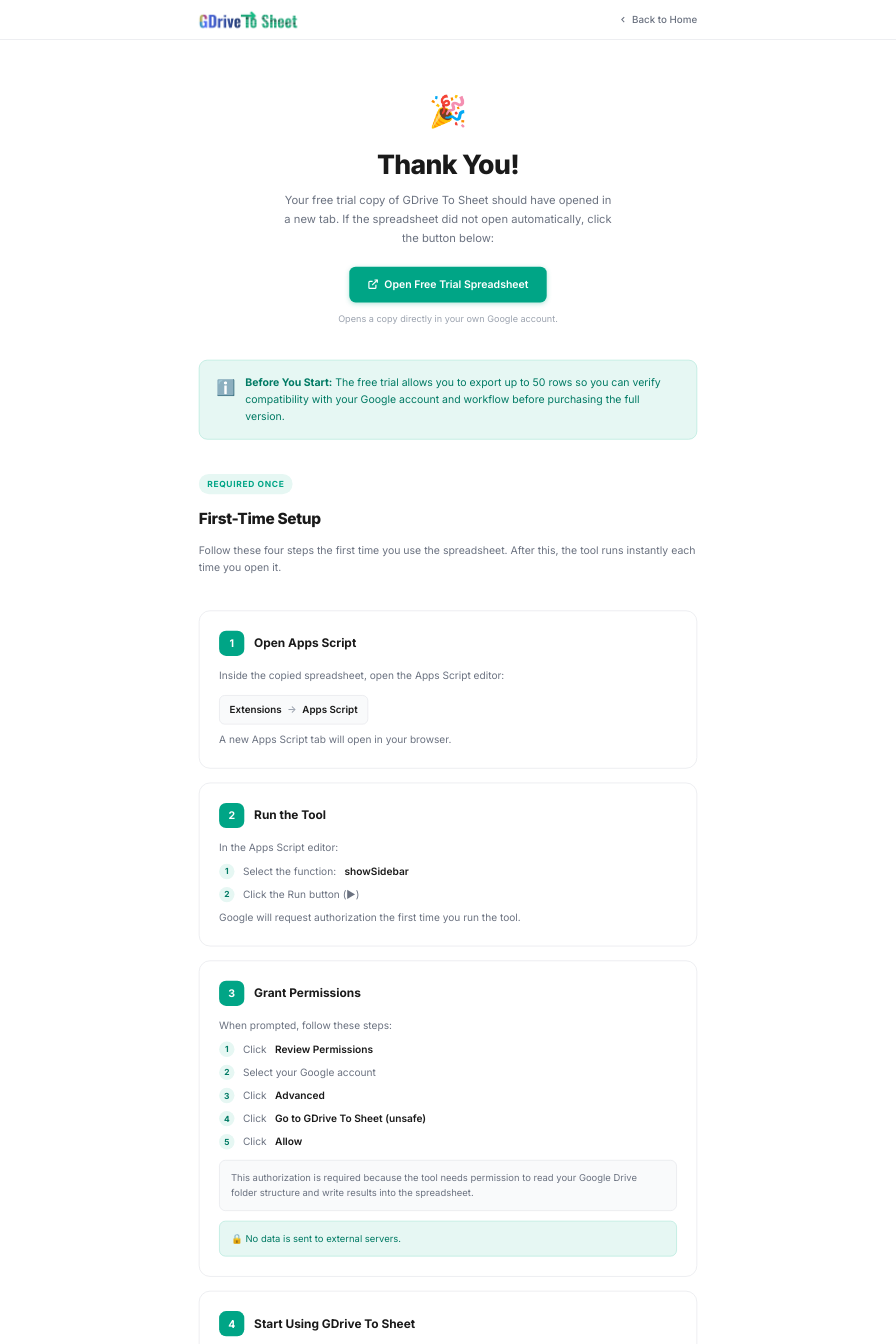
Repository: toishitool/gdrive-to-sheet
Page: free-thanks.html
These files come from the project's save history. The page is drawn as it stood at one moment and after the next save; the edit follows.
The browser window is 1280 px wide. The pictures show the part of the page from y = 0 to 1920 px (the page is 3528 px tall before and 3488 px after), at 70% of full size.

Above is the page before, as saved 2026-06-22 13:45:34.

### free-thanks.html
<!DOCTYPE html>
<html lang="en" class="scroll-smooth">
<head>
  <meta charset="UTF-8" />
  <meta name="viewport" content="width=device-width, initial-scale=1.0" />
  <title>Thank You for Downloading – GDrive To Sheet</title>
  <meta name="description" content="Your free trial copy of GDrive To Sheet is ready. Follow the setup steps to get started." />
  <meta name="robots" content="noindex" />

  <link rel="preconnect" href="https://fonts.googleapis.com" />
  <link rel="preconnect" href="https://fonts.gstatic.com" crossorigin />
  <link href="https://fonts.googleapis.com/css2?family=Inter:wght@300;400;500;600;700;800&display=swap" rel="stylesheet" />

  <style>
    *, *::before, *::after { box-sizing: border-box; margin: 0; padding: 0; }

    :root {
      --green: #00A586;
      --green-dark: #007A64;
      --green-light: #E6F7F3;
      --green-mid: #B3E8DC;
      --text: #1A1A1A;
      --text-muted: #6B7280;
      --text-light: #9CA3AF;
      --border: #E5E7EB;
      --bg: #FFFFFF;
      --bg-subtle: #F9FAFB;
      --bg-dark: #0F1A18;
      --amber: #92400E;
      --amber-bg: #FFFBEB;
      --amber-border: #FDE68A;
      --red: #DC2626;
      --red-bg: #FEF2F2;
      --red-border: #FECACA;
      --radius: 10px;
      --radius-lg: 16px;
    }

    html { font-size: 16px; }
    body {
      font-family: 'Inter', system-ui, -apple-system, sans-serif;
      background: var(--bg);
      color: var(--text);
      line-height: 1.7;
      -webkit-font-smoothing: antialiased;
    }

    /* Simple header (page-specific placeholder — will be unified later) */
    .simple-header {
      position: sticky; top: 0; z-index: 100;
      background: rgba(255,255,255,0.92);
      backdrop-filter: blur(12px);
      border-bottom: 1px solid var(--border);
    }
    .simple-header-inner {
      max-width: 760px; margin: 0 auto;
      display: flex; align-items: center; justify-content: space-between;
      padding: 14px 24px;
    }
    .nav-logo { display: flex; align-items: center; gap: 10px; text-decoration: none; }
    .nav-logo img { height: 28px; }
    .nav-back {
      font-size: 14px; font-weight: 500; color: var(--text-muted);
      text-decoration: none; display: flex; align-items: center; gap: 6px;
      transition: color .2s;
    }
    .nav-back:hover { color: var(--green); }

    .container { max-width: 760px; margin: 0 auto; padding: 0 24px; }

    /* Buttons */
    .btn {
      display: inline-flex; align-items: center; gap: 8px;
      padding: 13px 26px; border-radius: 9px;
      font-size: 15px; font-weight: 600;
      text-decoration: none; cursor: pointer; border: none;
      transition: all .2s; white-space: nowrap;
    }
    .btn-primary {
      background: var(--green); color: #fff;
      box-shadow: 0 2px 8px rgba(0,165,134,0.30);
    }
    .btn-primary:hover { background: var(--green-dark); box-shadow: 0 4px 16px rgba(0,165,134,0.40); transform: translateY(-1px); }
    .btn-secondary {
      background: #fff; color: var(--green);
      border: 1.5px solid var(--green);
    }
    .btn-secondary:hover { background: var(--green-light); transform: translateY(-1px); }

    .eyebrow {
      display: inline-block;
      font-size: 12px; font-weight: 700; letter-spacing: .08em;
      text-transform: uppercase; color: var(--green);
      background: var(--green-light); padding: 4px 12px;
      border-radius: 100px; margin-bottom: 16px;
    }

    /* HERO / CONFIRMATION */
    .hero {
      padding: 64px 0 48px;
      text-align: center;
    }
    .celebrate-icon { font-size: 44px; margin-bottom: 16px; }
    .hero h1 {
      font-size: clamp(28px, 4vw, 38px);
      font-weight: 800; line-height: 1.2;
      letter-spacing: -0.025em; color: var(--text);
      margin-bottom: 16px;
    }
    .hero p.sub {
      font-size: 16px; color: var(--text-muted);
      line-height: 1.65; margin: 0 auto 28px; max-width: 480px;
    }
    .open-trial-btn { margin-bottom: 12px; }
    .open-note { font-size: 13px; color: var(--text-light); }

    /* Section wrapper */
    .page-wrap { padding-bottom: 90px; }
    .section { margin-bottom: 48px; }
    .section h2 {
      font-size: 22px; font-weight: 800;
      letter-spacing: -0.02em; margin-bottom: 14px;
    }
    .section p { font-size: 15px; color: var(--text-muted); margin-bottom: 12px; }
    .section p:last-child { margin-bottom: 0; }

    /* Info banner */
    .info-banner {
      background: var(--green-light); border: 1px solid var(--green-mid);
      border-radius: 12px; padding: 20px 24px;
      display: flex; gap: 14px; align-items: flex-start;
      margin-bottom: 48px;
    }
    .info-banner .icon { font-size: 22px; flex-shrink: 0; margin-top: 1px; }
    .info-banner p { font-size: 15px; color: var(--green-dark); line-height: 1.6; margin: 0; }
    .info-banner strong { font-weight: 700; }

    /* Step cards */
    .step-card {
      border: 1px solid var(--border); border-radius: var(--radius-lg);
      padding: 28px 28px; margin-bottom: 20px;
      position: relative;
    }
    .step-card-head {
      display: flex; align-items: center; gap: 14px; margin-bottom: 16px;
    }
    .step-num {
      width: 36px; height: 36px; border-radius: 10px;
      background: var(--green); color: #fff;
      display: flex; align-items: center; justify-content: center;
      font-size: 15px; font-weight: 700; flex-shrink: 0;
    }
    .step-card-head h3 { font-size: 17px; font-weight: 700; }

    .step-card p { font-size: 14.5px; color: var(--text-muted); margin-bottom: 10px; line-height: 1.65; }
    .step-card p:last-child { margin-bottom: 0; }

    .menu-path {
      display: inline-flex; align-items: center; gap: 8px;
      background: var(--bg-subtle); border: 1px solid var(--border);
      border-radius: 8px; padding: 8px 14px; font-size: 14px;
      font-weight: 600; color: var(--text); margin: 6px 0 10px;
    }
    .menu-path .arrow { color: var(--text-light); }

    .ordered-list {
      list-style: none; counter-reset: step-list;
      display: flex; flex-direction: column; gap: 10px; margin: 10px 0;
    }
    .ordered-list li {
      counter-increment: step-list;
      font-size: 14.5px; color: var(--text-muted);
      display: flex; gap: 12px; align-items: flex-start; line-height: 1.6;
    }
    .ordered-list li::before {
      content: counter(step-list);
      flex-shrink: 0; width: 22px; height: 22px; border-radius: 50%;
      background: var(--green-light); color: var(--green-dark);
      font-size: 12px; font-weight: 700;
      display: flex; align-items: center; justify-content: center;
      margin-top: 1px;
    }
    .ordered-list li strong { color: var(--text); font-weight: 600; }

    .bullet-list {
      list-style: none; display: flex; flex-direction: column; gap: 8px; margin: 10px 0;
    }
    .bullet-list li {
      font-size: 14.5px; color: var(--text-muted);
      display: flex; gap: 10px; align-items: flex-start; line-height: 1.6;
    }
    .bullet-list li::before {
      content: ''; width: 6px; height: 6px; border-radius: 50%;
      background: var(--green); flex-shrink: 0; margin-top: 7px;
    }

    .note-callout {
      background: var(--bg-subtle); border: 1px solid var(--border);
      border-radius: 9px; padding: 14px 16px; margin-top: 14px;
      font-size: 13.5px; color: var(--text-muted); line-height: 1.6;
    }
    .note-callout.privacy {
      background: var(--green-light); border-color: var(--green-mid); color: var(--green-dark);
    }

    /* Limitations table */
    .limit-table {
      border: 1px solid var(--border); border-radius: var(--radius-lg);
      overflow: hidden;
    }
    .limit-row {
      display: flex; align-items: center; gap: 12px;
      padding: 14px 22px; font-size: 14.5px; font-weight: 500;
      border-bottom: 1px solid var(--border);
    }
    .limit-row:last-child { border-bottom: none; }
    .limit-row.yes { background: var(--green-light); color: var(--green-dark); }
    .limit-row.no { background: var(--red-bg); color: #991B1B; }
    .limit-row .li-icon { font-size: 15px; flex-shrink: 0; }

    /* Help section */
    .help-card {
      background: var(--bg-subtle); border: 1px solid var(--border);
      border-radius: var(--radius-lg); padding: 28px 28px;
    }
    .help-card h3 { font-size: 17px; font-weight: 700; margin-bottom: 10px; }
    .help-card p { font-size: 14.5px; color: var(--text-muted); margin-bottom: 14px; }
    .help-checklist { list-style: none; display: flex; flex-direction: column; gap: 8px; margin-bottom: 18px; }
    .help-checklist li {
      font-size: 14px; color: var(--text-muted);
      display: flex; gap: 10px; align-items: flex-start;
    }
    .help-checklist li::before { content: '→'; color: var(--green); font-weight: 700; flex-shrink: 0; }

    /* Upgrade CTA band */
    .upgrade-band {
      background: var(--bg-dark); border-radius: var(--radius-lg);
      padding: 44px 40px; text-align: center; position: relative; overflow: hidden;
    }
    .upgrade-band::before {
      content: ''; position: absolute; inset: 0;
      background-image:
        linear-gradient(rgba(0,165,134,0.08) 1px, transparent 1px),
        linear-gradient(90deg, rgba(0,165,134,0.08) 1px, transparent 1px);
      background-size: 36px 36px;
    }
    .upgrade-inner { position: relative; z-index: 2; }
    .upgrade-band .eyebrow { background: rgba(0,165,134,0.2); color: #6EDEC8; }
    .upgrade-band h2 { font-size: 24px; font-weight: 800; color: #fff; margin-bottom: 10px; letter-spacing: -0.02em; }
    .upgrade-band p { font-size: 15px; color: rgba(255,255,255,0.65); margin-bottom: 26px; max-width: 440px; margin-left: auto; margin-right: auto; }

    /* Simple footer (page-specific placeholder — will be unified later) */
    .simple-footer {
      background: var(--bg-dark); border-top: 1px solid rgba(255,255,255,0.08);
      padding: 36px 0 24px; margin-top: 24px;
    }
    .simple-footer-inner {
      max-width: 760px; margin: 0 auto; padding: 0 24px;
      display: flex; align-items: center; justify-content: space-between; flex-wrap: wrap; gap: 14px;
    }
    .footer-logo img { height: 22px; opacity: 0.7; }
    .footer-links { display: flex; gap: 20px; flex-wrap: wrap; }
    .footer-links a { font-size: 13px; color: rgba(255,255,255,0.45); text-decoration: none; transition: color .2s; }
    .footer-links a:hover { color: rgba(255,255,255,0.75); }
    .footer-copy { font-size: 12px; color: rgba(255,255,255,0.3); }

    /* Dark mode */
    @media (prefers-color-scheme: dark) {
      :root {
        --bg: #0F1A18;
        --bg-subtle: #141F1D;
        --text: #F1F5F4;
        --text-muted: #8B9E9B;
        --text-light: #5C726E;
        --border: #1F302D;
        --green-light: #0D2420;
        --red-bg: #1C0606;
        --red-border: #7F1D1D;
      }
      .simple-header { background: rgba(15,26,24,0.92); }
      .help-card { background: #141F1D; }
      .menu-path { background: #0D2420; }
    }

    @media (max-width: 600px) {
      .hero h1 { font-size: 26px; }
      .step-card { padding: 22px 20px; }
      .help-card, .upgrade-band { padding: 28px 22px; }
      .simple-footer-inner { flex-direction: column; align-items: flex-start; }
      .limit-row { padding: 12px 16px; flex-wrap: wrap; }
    }
  </style>
</head>
<body>

<!-- Simple header (placeholder — to be unified with header.html later) -->
<header class="simple-header">
  <div class="simple-header-inner">
    <a href="index.html" class="nav-logo">
      <img src="images/logo_gdrivetosheet.png" alt="GDrive To Sheet" />
    </a>
    <a href="index.html" class="nav-back">
      <svg width="14" height="14" fill="none" stroke="currentColor" stroke-width="2.5" viewBox="0 0 24 24"><polyline points="15 18 9 12 15 6"/></svg>
      Back to Home
    </a>
  </div>
</header>

<main>

  <!-- HERO / CONFIRMATION -->
  <section class="hero">
    <div class="container">
      <div class="celebrate-icon">🎉</div>
      <h1>Thank You!</h1>
      <p class="sub">Your free trial copy of GDrive To Sheet should have opened in a new tab. If the spreadsheet did not open automatically, click the button below:</p>
      <a href="https://docs.google.com/spreadsheets/d/REPLACE_WITH_TEMPLATE_ID/copy" class="btn btn-primary open-trial-btn">
        <svg width="16" height="16" fill="none" stroke="currentColor" stroke-width="2.5" viewBox="0 0 24 24"><path d="M18 13v6a2 2 0 0 1-2 2H5a2 2 0 0 1-2-2V8a2 2 0 0 1 2-2h6"/><polyline points="15 3 21 3 21 9"/><line x1="10" y1="14" x2="21" y2="3"/></svg>
        Open Free Trial Spreadsheet
      </a>
      <p class="open-note">Opens a copy directly in your own Google account.</p>
    </div>
  </section>

  <div class="page-wrap">
    <div class="container">

      <!-- Before You Start -->
      <div class="info-banner">
        <span class="icon">ℹ️</span>
        <p><strong>Before You Start:</strong> The free trial allows you to export up to 50 rows so you can verify compatibility with your Google account and workflow before purchasing the full version.</p>
      </div>

      <!-- First-Time Setup -->
      <div class="section">
        <span class="eyebrow">Required Once</span>
        <h2>First-Time Setup</h2>
        <p>Follow these four steps the first time you use the spreadsheet. After this, the tool runs instantly each time you open it.</p>
      </div>

      <!-- Step 1 -->
      <div class="step-card">
        <div class="step-card-head">
          <div class="step-num">1</div>
          <h3>Open Apps Script</h3>
        </div>
        <p>Inside the copied spreadsheet, open the Apps Script editor:</p>
        <div class="menu-path">Extensions <span class="arrow">→</span> Apps Script</div>
        <p>A new Apps Script tab will open in your browser.</p>
      </div>

      <!-- Step 2 -->
      <div class="step-card">
        <div class="step-card-head">
          <div class="step-num">2</div>
          <h3>Run the Tool</h3>
        </div>
        <p>In the Apps Script editor:</p>
        <ol class="ordered-list">
          <li>Select the function: <strong>showSidebar</strong></li>
          <li>Click the Run button (▶)</li>
        </ol>
        <p>Google will request authorization the first time you run the tool.</p>
      </div>

      <!-- Step 3 -->
      <div class="step-card">
        <div class="step-card-head">
          <div class="step-num">3</div>
          <h3>Grant Permissions</h3>
        </div>
        <p>When prompted, follow these steps:</p>
        <ol class="ordered-list">
          <li>Click <strong>Review Permissions</strong></li>
          <li>Select your Google account</li>
          <li>Click <strong>Advanced</strong></li>
          <li>Click <strong>Go to GDrive To Sheet (unsafe)</strong></li>
          <li>Click <strong>Allow</strong></li>
        </ol>
        <div class="note-callout">
          This authorization is required because the tool needs permission to read your Google Drive folder structure and write results into the spreadsheet.
        </div>
        <div class="note-callout privacy">
          🔒 No data is sent to external servers.
        </div>
      </div>

      <!-- Step 4 -->
      <div class="step-card">
        <div class="step-card-head">
          <div class="step-num">4</div>
          <h3>Start Using GDrive To Sheet</h3>
        </div>
        <p>Return to the spreadsheet. A sidebar will appear on the right side of the sheet. You can now:</p>
        <ul class="bullet-list">
          <li>Select a Google Drive folder</li>
          <li>Export folder and file structure</li>
          <li>Generate folder paths automatically</li>
          <li>Test the free version with up to 50 exported rows</li>
        </ul>
      </div>

      <!-- Free Trial Limitations -->
      <div class="section" style="margin-top:48px;">
        <h2>Free Trial Limitations</h2>
        <p>The free trial includes:</p>
      </div>
      <div class="limit-table" style="margin-bottom:48px;">
        <div class="limit-row yes"><span class="li-icon">✅</span> Full feature access</div>
        <div class="limit-row yes"><span class="li-icon">✅</span> Real Google Drive exports</div>
        <div class="limit-row yes"><span class="li-icon">✅</span> Folder hierarchy generation</div>
        <div class="limit-row no"><span class="li-icon">❌</span> Export limited to 50 rows</div>
      </div>
      <p style="font-size:14.5px;color:var(--text-muted);margin-top:-24px;margin-bottom:48px;">The paid version removes the export limit.</p>

      <!-- Need Help -->
      <div class="section">
        <h2>Need Help?</h2>
      </div>
      <div class="help-card" style="margin-bottom:56px;">
        <h3>📩 Contact Support</h3>
        <p>If you experience any issues during setup or authorization, please contact support and include:</p>
        <ul class="help-checklist">
          <li>A screenshot of the error</li>
          <li>Your browser name</li>
          <li>The Google account type being used</li>
        </ul>
        <p style="margin-bottom:0;">We will be happy to help. <a href="mailto:contact@example.com" style="color:var(--green);font-weight:600;text-decoration:none;border-bottom:1px solid rgba(0,165,134,0.3);">contact@example.com</a></p>
      </div>

      <!-- Upgrade band -->
      <div class="upgrade-band">
        <div class="upgrade-inner">
          <span class="eyebrow">Need Unlimited Exports?</span>
          <h2>Upgrade to the Full Version</h2>
          <p>Upgrade to the full version to remove the 50-row limit and process large Google Drive structures without restrictions.</p>
          <a href="personal-edition.html" class="btn btn-primary">
            Get the Full Version
            <svg width="16" height="16" fill="none" stroke="currentColor" stroke-width="2.5" viewBox="0 0 24 24"><line x1="5" y1="12" x2="19" y2="12"/><polyline points="12 5 19 12 12 19"/></svg>
          </a>
        </div>
      </div>

    </div>
  </div>

</main>

<!-- Simple footer (placeholder — to be unified with footer.html later) -->
<footer class="simple-footer">
  <div class="simple-footer-inner">
    <a href="index.html" class="footer-logo"><img src="images/logo_gdrivetosheet.png" alt="GDrive To Sheet" /></a>
    <div class="footer-links">
      <a href="faq.html">FAQ</a>
      <a href="privacy-policy.html">Privacy Policy</a>
      <a href="#">Support</a>
      <a href="#">Contact</a>
    </div>
    <span class="footer-copy">© 2025 GDrive To Sheet. All rights reserved.</span>
  </div>
</footer>

</body>
</html>

### js/common.js
// fetch('footer.html')
//   .then(response => response.text())
//   .then(data => {
//     document.getElementById('footer-container').innerHTML = data;
//   });

/**
 * 外部HTMLファイルを指定した要素に読み込む関数
 * @param {string} url - 読み込むHTMLファイルのパス
 * @param {string} elementId - 挿入先のID
 */
function loadComponent(url, elementId) {
  fetch(url)
    .then(response => {
      if (!response.ok) {
        throw new Error(`Could not load ${url}`);
      }
      return response.text();
    })
    .then(data => {
      document.getElementById(elementId).innerHTML = data;
    })
    .catch(error => console.error('Error:', error));
}

// DOM読み込み完了後に実行
document.addEventListener('DOMContentLoaded', () => {
  loadComponent('header.html', 'header-container');
  loadComponent('footer.html', 'footer-container');
});

### header.html
<nav aria-label="Main navigation">
  <div class="nav-inner">
    <a href="index.html" class="nav-logo">
      <img src="images/logo_gdrivetosheet.png" alt="GDrive To Sheet" />
    </a>
    <a href="index.html" class="nav-back hover-underline">
      <svg width="14" height="14" fill="none" stroke="currentColor" stroke-width="2.5" viewBox="0 0 24 24"><polyline points="15 18 9 12 15 6"/></svg>
      Back to Home
    </a>
  </div>
</nav>

### footer.html
<footer role="contentinfo" class="footer">
  <div class="container">
    <div class="footer-inner">
      <a href="index.html" class="footer-logo">
        <img src="images/logo_gdrivetosheet_dk.png" alt="GDrive To Sheet Home" />
      </a>

      <div class="footer-links">
        <a href="privacy-policy.html">Privacy Policy</a>
        <a href="terms.html">Terms of Use</a>
        <a href="license.html">License Terms</a>
        <a href="refund-policy.html">Refund Policy</a>
        <a href="contact.html">Contact</a>
        <a href="support.html">Support &amp; FAQ</a>
      </div>

      <div class="footer-bottom-text">
        <span class="footer-copy">Independent software by ToishiTool</span>
        <span class="footer-copy">
          © <span id="year"></span> ToishiTool. All rights reserved.
        </span>

        <script>
          document.getElementById("year").textContent =
            new Date().getFullYear();
        </script>
      </div>
    </div>
  </div>
</footer>

After the next save:
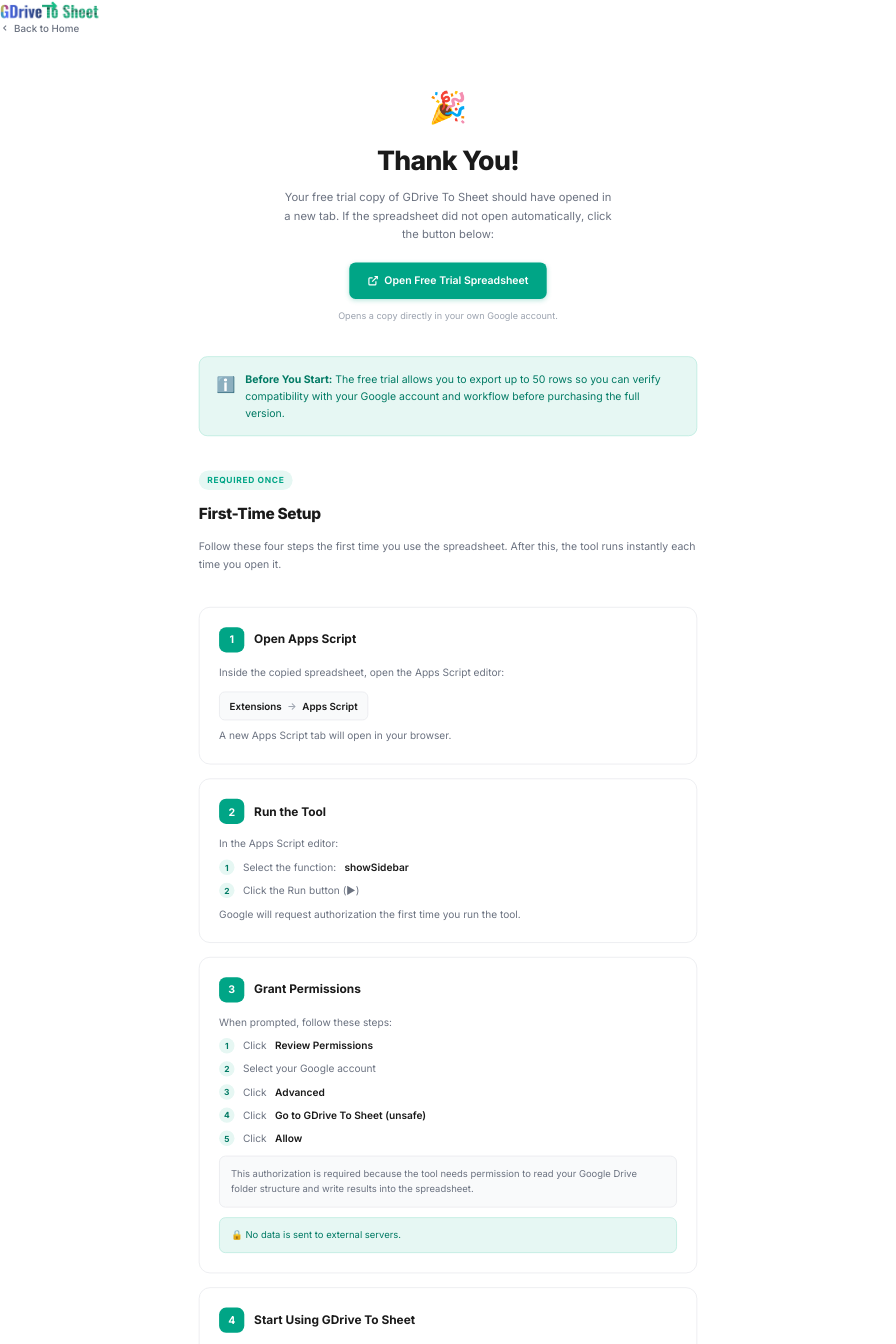
Saved 68 s later.
--- a/free-thanks.html
+++ b/free-thanks.html
@@ -293,18 +293,8 @@
 </head>
 <body>
 
-<!-- Simple header (placeholder — to be unified with header.html later) -->
-<header class="simple-header">
-  <div class="simple-header-inner">
-    <a href="index.html" class="nav-logo">
-      <img src="images/logo_gdrivetosheet.png" alt="GDrive To Sheet" />
-    </a>
-    <a href="index.html" class="nav-back">
-      <svg width="14" height="14" fill="none" stroke="currentColor" stroke-width="2.5" viewBox="0 0 24 24"><polyline points="15 18 9 12 15 6"/></svg>
-      Back to Home
-    </a>
-  </div>
-</header>
+  <div id="header-container"></div>
+
 
 <main>
 
@@ -446,19 +436,10 @@
 
 </main>
 
-<!-- Simple footer (placeholder — to be unified with footer.html later) -->
-<footer class="simple-footer">
-  <div class="simple-footer-inner">
-    <a href="index.html" class="footer-logo"><img src="images/logo_gdrivetosheet.png" alt="GDrive To Sheet" /></a>
-    <div class="footer-links">
-      <a href="faq.html">FAQ</a>
-      <a href="privacy-policy.html">Privacy Policy</a>
-      <a href="#">Support</a>
-      <a href="#">Contact</a>
-    </div>
-    <span class="footer-copy">© 2025 GDrive To Sheet. All rights reserved.</span>
-  </div>
-</footer>
+  <div id="footer-container"></div>
+  <script src="js/common.js"></script>
+
+
 
 </body>
 </html>
